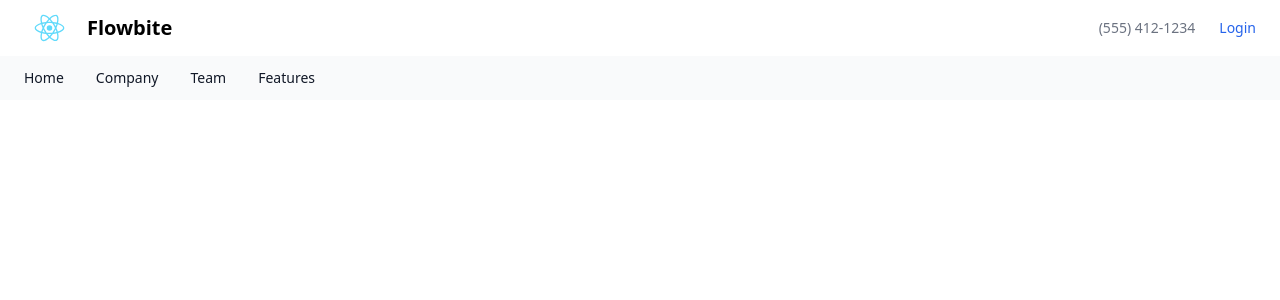
Repository: farrelmuhammad/arkademi-test
Page: /
The author's editor kept a copy of each file at every save. The page is drawn from the files as they stood at one save, then again after the next save.
The browser window is 1280 px wide. The pictures show the whole page.
The project was rebuilt for these pictures with package versions that can differ from the ones it lists, and the page was loaded fresh each time. Also part of the build but not shown: src/App.css.

Above is the page before, as saved 2022-12-28 17:35:13.

After the next save:
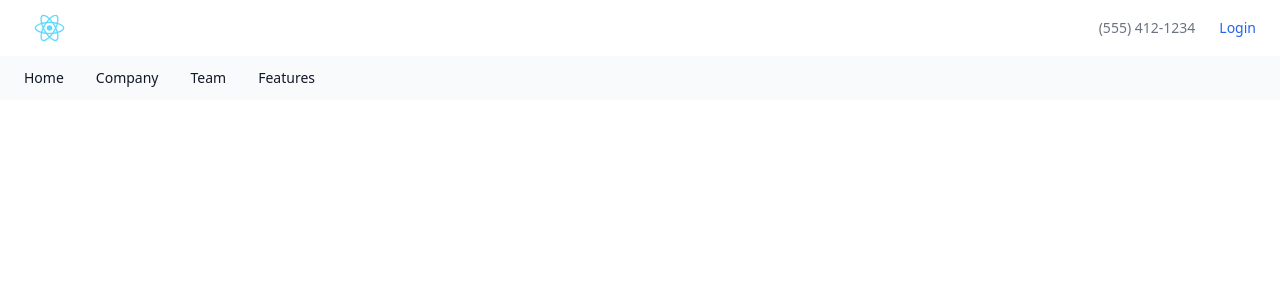
Saved 36 s later.
--- a/src/components/Navbar.jsx
+++ b/src/components/Navbar.jsx
@@ -12,9 +12,9 @@
               className="h-6 mr-3 sm:h-9"
               alt="Arkademi Logo"
             />
-            <span className="self-center text-xl font-semibold whitespace-nowrap dark:text-white">
+            {/* <span className="self-center text-xl font-semibold whitespace-nowrap dark:text-white">
               Flowbite
-            </span>
+            </span> */}
           </a>
           <div className="flex items-center">
             <a
